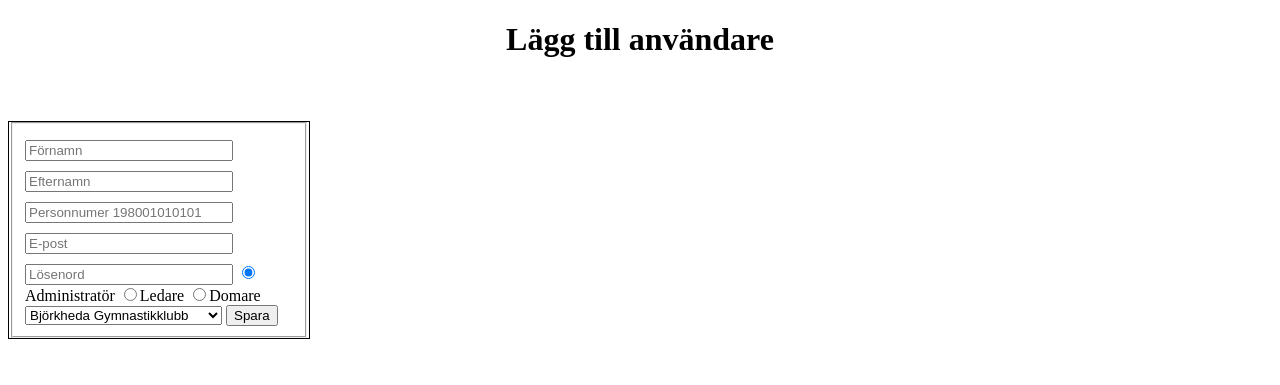
Repository: js223kz/1DV404_HT14_E4_4_JS223KZ
Page: adduser.html
The author's editor kept a record of every edit. The page is drawn from the files as they stood at one moment, then again after the next edit.
The browser window is 1280 px wide. The pictures show the whole page.
Some web fonts or font styles are not loaded; a fallback is used.

Above is the page before.

### adduser.html
<!DOCTYPE html>
<html>
    <head>
        <meta charset="UTF-8">
        <title>Iterativ - Laboration 4 - Projektet</title>
        <link rel="stylesheet" href="css/main.css">
        <link href='https://fonts.googleapis.com/css?family=Princess+Sofia' rel='stylesheet' type='text/css'>
    </head>
    <body>
        <header id="indexheader">
            <h1 id="headertext">Lägg till användare</h1>
        </header>
        <main>
            <form id="adduserform">
                <fieldset>
                    <input class="adduserinput" type="text" name="firstname" placeholder="Förnamn">
                    <input class="adduserinput" type="text" name="lastname" placeholder="Efternamn">
                    <input class="adduserinput" type="number" name="socialsecnumber" placeholder="Personnumer 198001010101"/>
                    <input class="adduserinput" type="email" name="email" placeholder="E-post">
                    <input class="adduserinput" type="text" name="pwd" placeholder="Lösenord">
                    <input class="adduserradio" type="radio" name="admin" placeholder="Administratör" checked>Administratör
                    <input class="adduserradio" type="radio" name="leader" placeholder="Ledare">Ledare
                    <input class="adduserradio" type="radio" name="judge" placeholder="Domare">Domare
                    <select class ="dropdownlist" name="clubs">
                        <option value="Björkheda Gymnastikklubb">Björkheda Gymnastikklubb</option>
                        <option value="Malmöflickorna">Malmöflickorna</option>
                        <option value="Kämpinge Gymnastikförening">Kämpinge Gymnastikförening</option>
                    </select>
                    <button type="submit" value="spara">Spara</button>
                </fieldset>
            </form>
        </main>
        <script src="js/AddUser.js"></script>
    </body>
</html>

### css/main.css
#indexheader{
    width: 100%;
    height: 100px;
}
#headertext{
    width: 50%;
    position: relative;
    margin-left: auto;
    margin-right: auto;
    text-align: center;
}
#loginbutton{
    position:absolute;
    right: 5%;
    top: 4%;
    float: left;
}
#loginwrapper{
   width: 300px;
   height: 300px;
   border: 1px solid #000;
   margin-right: auto;
   margin-left: auto;
}
#adduserform{
    border: 1px solid #000;
    width: 300px;
    height: auto;
}
.adduserinput{
    width: 200px;
    margin-top: 10px;
}

Loaded but not shown: js/AddUser.js (no copy from this time; the picture is the same without it)

After the next edit:
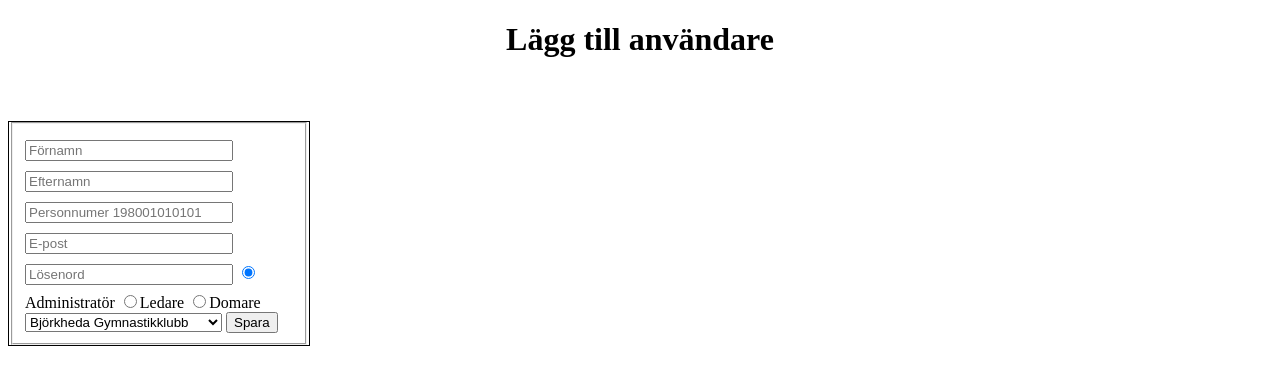
The edit:
--- a/css/main.css
+++ b/css/main.css
@@ -31,3 +31,6 @@
     width: 200px;
     margin-top: 10px;
 }
+.adduserradio{
+    margin-top: 10px;
+}
